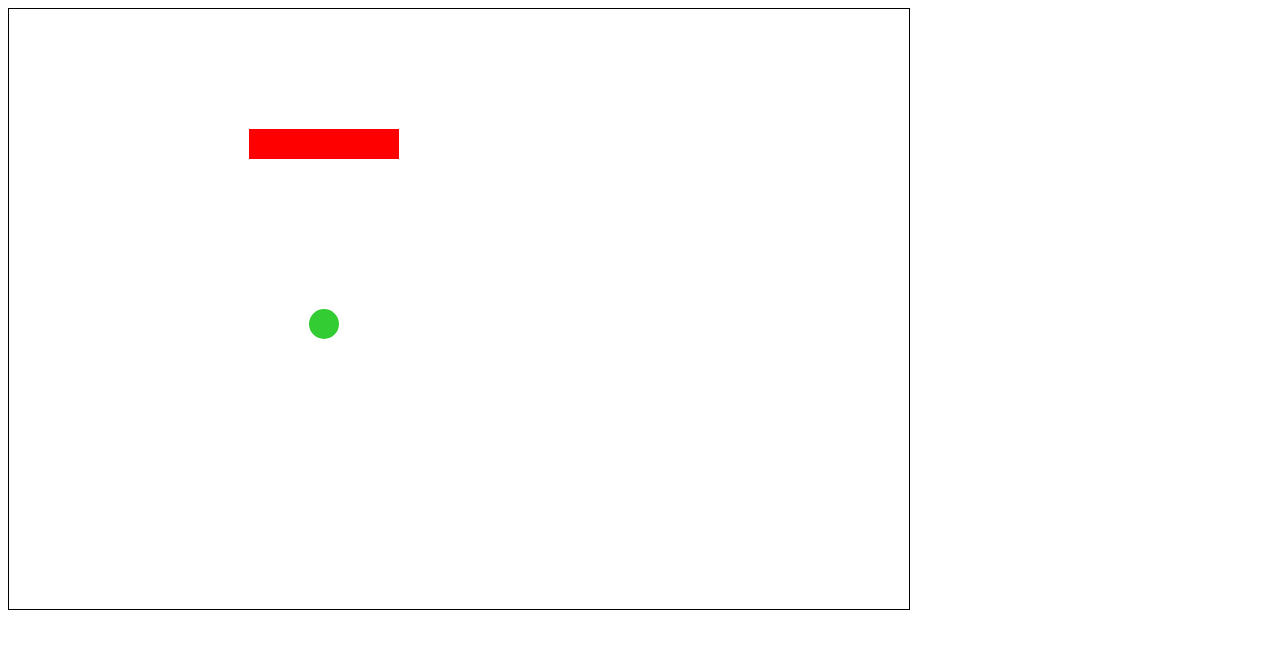
Repository: laben35/snake
Page: index.html
An editor plug-in stored every save of this project. The page is shown before and after the next save, followed by the edit.
The browser window is 1280 px wide. The pictures show the whole page.

Above is the page before, as saved 2019-12-08 17:40:00.

### index.html
<!DOCTYPE html>
<html lang="en">
<head>
    <meta charset="UTF-8">
    <meta name="viewport" content="width=device-width, initial-scale=1.0">
    <meta http-equiv="X-UA-Compatible" content="ie=edge">
    <title>The snake game</title>
    <script src="script.js"></script>
</head>
<body>

</body>
</html>

### script.js
window.onload = function()
{
    var canvasWidth = 900;
    var canvasHeight = 600;
    var blockSize = 30;
    var ctx;
    var delay = 1000;   // si j'augmente le délai de rafraichissement du canvas,  le serpent avance moins vite, comme ça il se rafraichit une fois toutes les secondes et non toutes les dixièmes de secondes
    var snakee;
    var applee;
    var widthInBlocks = canvasWidth/blockSize;  //la largeur en terme de block sera la largeur divisée par la taille du bloc c'est à dire, la largeur est de 900px et la taille du bloc (blockSize) est de 30px ==> notre largeur en terme de blocks sera de 30px var 30*30=900
    var heightInBocks = canvasHeight/blockSize; //600/30 = 20

    init();

    function init()
    {
            var canvas = document.createElement('canvas');  //Canvas élément HTML qui permet de dessiner notre page HTML
            canvas.width = canvasWidth;
            canvas.height = canvasHeight;
            canvas.style.border = "1px solid";
            document.body.appendChild(canvas);
            ctx = canvas.getContext('2d');
            snakee = new Snake( [[6,4], [5,4], [4,4], [3,4], [2,4]], "right");
            applee = new Apple([10,10]);
            refreshCanvas();
    }

    //fonction qui rafraichit le canvas
    function refreshCanvas()
    {
        snakee.advance();
        if(snakee.checkCollision())
        {
            //Game over
        }
        else
        {
            if(snakee.isEatingApple(applee))         // Condition est-ce que le serpent a mangé un fruit
            {
                snakee
                do
                {
                    applee.setNewPosition();     //Le serpent a mangé un fruit donc on va replacer le fruit à un autre endroit d'où la nouvelle méthode: setNewPosition()
                }
                while(applee.isOnSnake(snakee))

            }
            ctx.clearRect(0,0,canvasWidth, canvasHeight);
            snakee.draw();
            applee.draw();
            setTimeout(refreshCanvas, delay);
        }
    }

    function drawBlock(ctx, position)
    {
        var x = position[0] * blockSize;
        var y = position[1] * blockSize;
        ctx.fillRect(x,y, blockSize, blockSize);
    }

    //Le constructeur
    function Snake(body, direction)
    {
        this.body = body;
        this.direction = direction;
        this.ateApple = false;      //Pour savoir si mon serpent a mangé un fruit pour le faire grandir  ==> ajout de cette propriété...
        this.draw = function()
        {
            ctx.save();
            ctx.fillStyle = "#ff0000";
            for(var i = 0; i < this.body.length; i++)
           {
               drawBlock(ctx, this.body[i]);
           }
           ctx.restore();
        };
        this.advance = function()
        {
            var nextPosition = this.body[0].slice();
            switch(this.direction)
            {
                case "left":
                    nextPosition[0] -= 1;    //ici c'est la position du x
                    break;
                case "right":
                    nextPosition[0] += 1;
                    break;
                case "down":
                    nextPosition[1] += 1;   //ici c'est la position du y
                    break;
                case "up":
                    nextPosition[1] -= 1;
                    break;
                default:
                    throw("Invalid Direction");
            }
            this.body.unshift(nextPosition);
            this.body.pop();
        };
        this.setDirection = function(newDirection)
        {
            var allowedDirections;
            switch(this.direction)
            {
                case "left":
                case "right":
                    allowedDirections = ["up", "down"];
                    break;
                case "down":
                case "up":
                    allowedDirections = ["left", "right"];
                    break;
                default:
                    throw("Invalid Direction");
            }
            if(allowedDirections.indexOf(newDirection) > -1)   //Si c'est >-1 alors ma nouvelle direction est permise
            {
                this.direction = newDirection;
            }
        };
        this.checkCollision = function()   //Fonction pour délimiter l'espace du serpent ==> pour ne pas qu'il sorte du canvas sinon game over
        {
            var wallCollision = false;  //si le serpent rentre dans le mur ==> les limites du canvas
            var snakeCollision = false; //si le serpent rentre sur lui-même
            var head =  this.body[0];   // c'est la tête qui prend la collision donc c'est cette partie que l'on vérifie
            var rest = this.body.slice(1);      //rest du corps du serpent en utilisant la fonction slice et autant qu'il passe sur la valeur 0 et va nous copier tout le reste dans ce array rest.
            var snakeX = head[0];
            var snakeY = head[1];
            var minX = 0;
            var minY = 0;
            var maxX = widthInBlocks - 1;
            var maxY = heightInBocks - 1;
            var isNotBetweenHorizontalWalls = snakeX < minX || snakeX > maxX;
            var isNotBetweenVerticalWalls = snakeY < minY || snakeY > maxY;

            if(isNotBetweenHorizontalWalls || isNotBetweenVerticalWalls)
            {
                wallCollision = true;
            }

            for(var i = 0; i < rest.length; i++)
            {
                if(snakeX === rest[i][0] && snakeY === rest[i][1])  //je vérifie si la tête du serpent est sur l'élément 0 ==>[i] et son X à lui [0] et je vérifie si la tête snakeX et l"élément du corps rest[i][0] ont le même X et le même Y ce qui voudrait dire que la tête du serpent est sur la même X qu'une des case du reste du serpent
                {
                    snakeCollision = true;
                }
            }
            return wallCollision || snakeCollision;
        };
        this.isEatingApple = function(appleToEat)
        {
            var head = this.body[0];  //Je déclare une variable et là, je vérifie si le X de la tête cad le head[0] est égale au corps à la place 0 c'est le 1er élément du corps de mon serpent
            if(head[0] === appleToEat.position[0] && head[1] === appleToEat.position[1])
            {
                return true;  //si cette condition est vrai, le serpent a mangé le fruit sinon rien
            }
            else
                return false;
        };
    }

    function Apple(position)
    {
        this.position = position;
        this.draw = function()
        {
            ctx.save();
            ctx.fillStyle = "#33cc33";   // couleur de la pomme
            ctx.beginPath();    //dessin de la pomme qui est ronde donc on utilise radius
            var radius = blockSize/2;
            var x = this.position[0]*blockSize + radius;
            var y = this.position[1]*blockSize + radius;
            ctx.arc(x,y, radius, 0, Math.PI*2, true);    //Dessin du cercle
            ctx.fill();
            ctx.restore();
        };
        this.setNewPosition = function()   //Je veux que cette méthode soit aléatoire donc un endroit au hasard dans mon canvas
        {
            var newx = Math.round(Math.random() * (widthInBlocks - 1));
            var newY = Math.round(Math.random() * (heightInBocks - 1));
            this.position = [newx, newY];
        };
        this.isOnSnake = function(snakeToCheck)          //métohde qui vérifie si le fruit est sur le serpent puisque sa position est aléatoire
        {
            var isOnSnake = false;

            for(var i = 0; i < snakeToCheck.body.length; i++ )  // Pour cette vérification, je fais une boucle et je passe sur chacun des blocks de mon serpent
            {
                if(this.position[0] === snakeToCheck.body[i][0] && this.position[1] === snakeToCheck.body[i][1])
                {
                   isOnSnake = true;
                }
            }
            return isOnSnake;
        };
    }

    document.onkeydown = function handleKeyDown(e)   //évènement
    {
        var key = e.keyCode;      //Nous donne le code de la touche qui a été appuyée
        var newDirection;        //nouvelle direction en fonction de la touche qui a été appuyée
        switch(key)             //swith sur la touche appuyée
        {
            case 37:   //flèche qui va à gauche
                newDirection = "left";
                break;
            case 38:   //flèche qui va en haut
                newDirection = "up";
                break;
            case 39:   //flèche qui va à droite
                newDirection = "right";
                break;
            case 40:    //flèche qui va en bas
                newDirection = "down";
                break;
                default:
                    return;
        }
        snakee.setDirection(newDirection);
    }

}

After the next save:
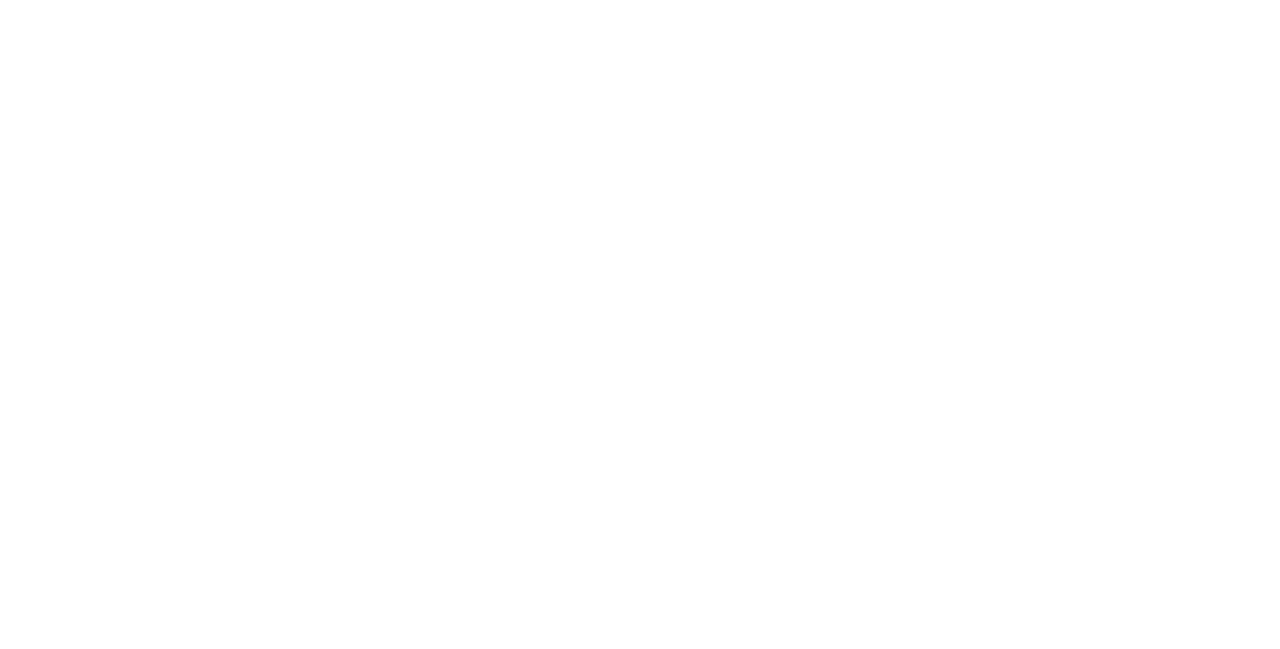
Console error: SyntaxError: Unexpected token 'do'
Saved 16 s later.
--- a/script.js
+++ b/script.js
@@ -37,7 +37,7 @@
         {
             if(snakee.isEatingApple(applee))         // Condition est-ce que le serpent a mangé un fruit
             {
-                snakee
+                snakee.ateApple =
                 do
                 {
                     applee.setNewPosition();     //Le serpent a mangé un fruit donc on va replacer le fruit à un autre endroit d'où la nouvelle méthode: setNewPosition()

After the save that followed:
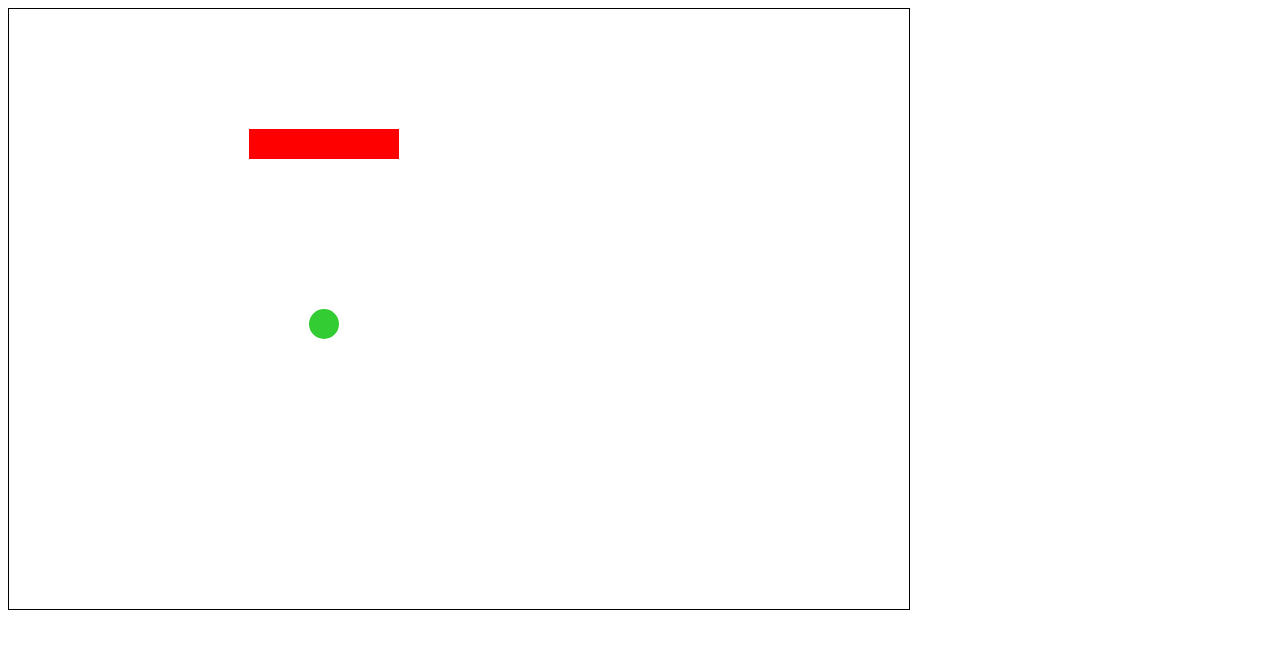
The error is gone.
Saved 20 s later.
--- a/script.js
+++ b/script.js
@@ -37,7 +37,7 @@
         {
             if(snakee.isEatingApple(applee))         // Condition est-ce que le serpent a mangé un fruit
             {
-                snakee.ateApple =
+                snakee.ateApple = true;   //le serpent a bien mangé un fruit
                 do
                 {
                     applee.setNewPosition();     //Le serpent a mangé un fruit donc on va replacer le fruit à un autre endroit d'où la nouvelle méthode: setNewPosition()
